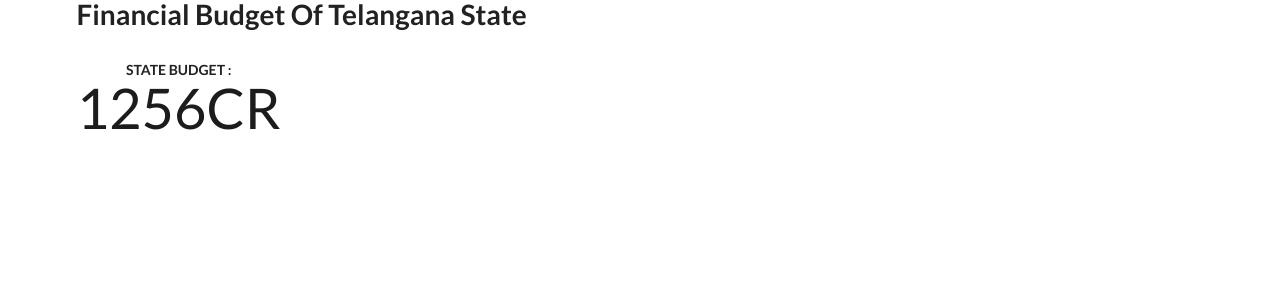
Repository: akHil07090709/advanced-react
Page: /
The author's editor kept a copy of each file at every save. The page is drawn from the files as they stood at one save, then again after the next save.
The browser window is 1280 px wide. The pictures show the whole page.
The project was rebuilt for these pictures with package versions that can differ from the ones it lists, and the page was loaded fresh each time. Also part of the build but not shown: src/App.css.

Above is the page before, as saved 2021-05-18 09:01:49.

After the next save:
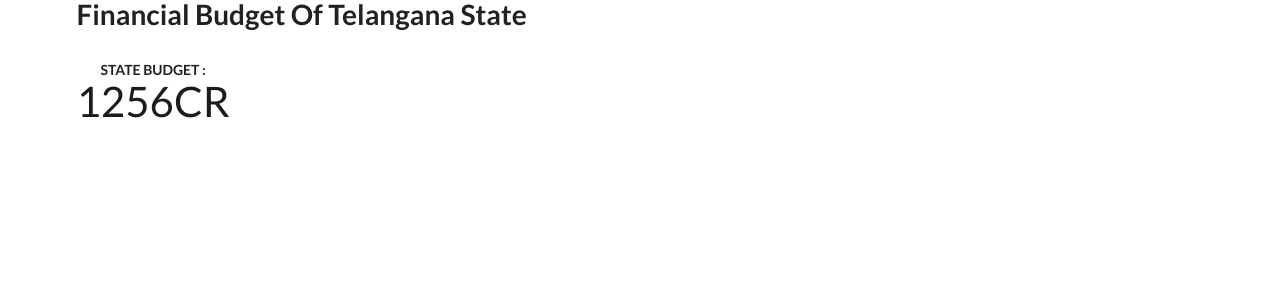
Saved 39 s later.
--- a/src/App.js
+++ b/src/App.js
@@ -5,7 +5,7 @@
   return (
     <Container>
       <Header as="h1">Financial Budget Of Telangana State</Header>
-      <Statistic>
+      <Statistic size="small">
         {/* A statistic can display a value with a label above or below it.*/}
         <Statistic.Label>State Budget : </Statistic.Label>
         <Statistic.Value>1256cr</Statistic.Value>
